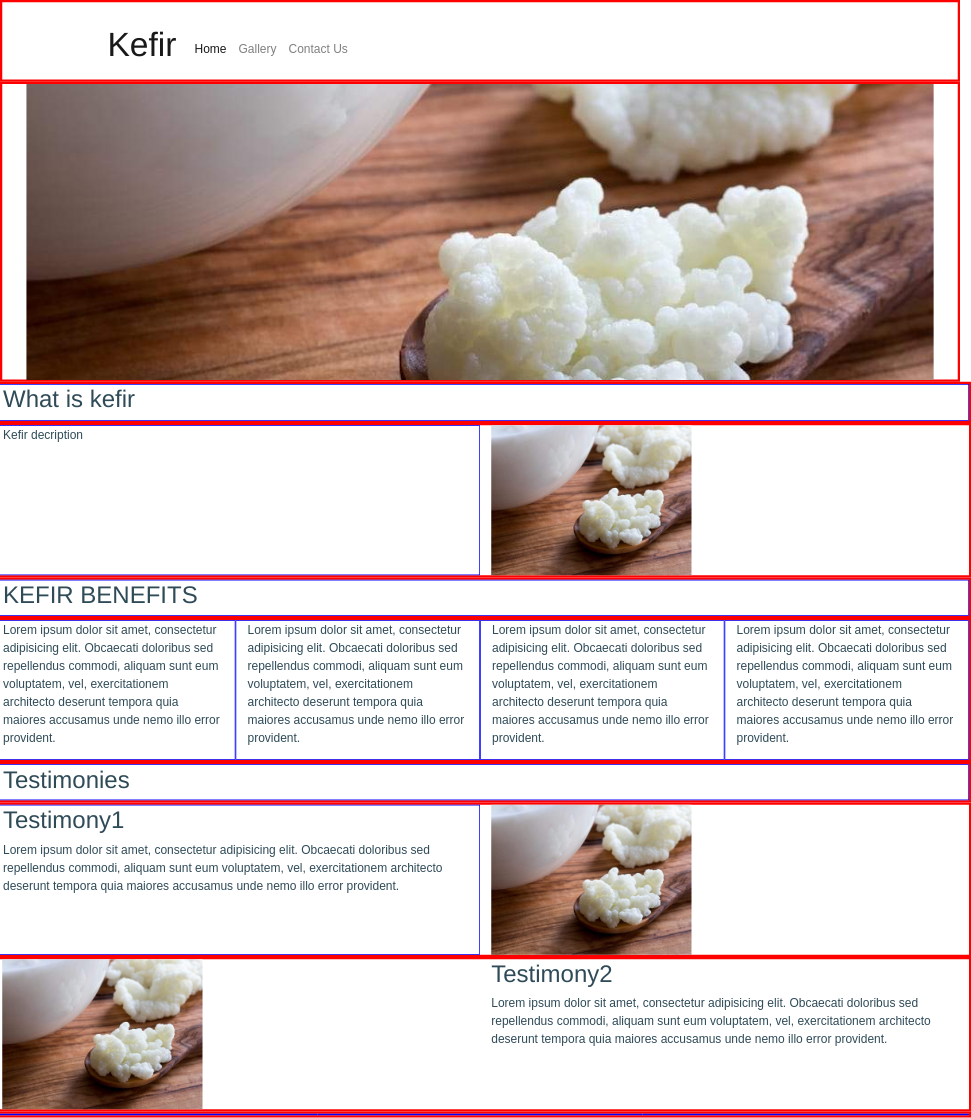
Repository: andna5980/kefir-web
Page: src/index.html
The author's editor kept a copy of each file at every save. The page is drawn from the files as they stood at one save, then again after the next save.
The browser window is 1280 px wide. The page is 1295 px wide, so the pictures cover 1295 px, including what lies to the right of the window. The pictures show the whole page, at 75% of full size.
Some web fonts or font styles are not loaded; a fallback is used. Some web libraries are served in a nearby version.

Above is the page before, as saved 2021-02-28 12:33:43.

### src/index.html
<!DOCTYPE html>
<html lang="en-US">

<head>
  <meta charset="UTF-8">
  <meta name="viewport" content="width=device-width, initial-scale=1.0">
  <meta name="author" content="Andres Navarrete">
  <meta name="description"
    content="Kefir, meet the power of nature. Bring the right knowledge and the best recipes from mother nature">
  <meta name="keywords" content="Kefir, recipes, natural-products, home-made, organic, healthy">
  <title>KEFIR | MEET THE POWER OF NATURE</title>
  <link rel="stylesheet" href="https://cdn.jsdelivr.net/npm/bootstrap@4.5.3/dist/css/bootstrap.min.css"
    integrity="sha384-TX8t27EcRE3e/ihU7zmQxVncDAy5uIKz4rEkgIXeMed4M0jlfIDPvg6uqKI2xXr2" crossorigin="anonymous">
  <link rel="stylesheet" href="https://use.fontawesome.com/releases/v5.6.3/css/all.css"
    integrity="sha384-UHRtZLI+pbxtHCWp1t77Bi1L4ZtiqrqD80Kn4Z8NTSRyMA2Fd33n5dQ8lWUE00s/" crossorigin="anonymous">
  <link href="../src/assets/styles/style.css" rel="stylesheet">
</head>

<body>
  <!--------------------Main-Header-------------------------------------->
  <header>
    <nav class="test-red navbar navbar-expand-md navbar-light">
      <a class="navbar-brand" href="#">Kefir</a>
      <button class="navbar-toggler" type="button" data-toggle="collapse" data-target="#navbarNav"
        aria-controls="navbarNav" aria-expanded="false" aria-label="Toggle navigation">
        <span class="navbar-toggler-icon"></span>
      </button>
      <div class="collapse navbar-collapse" id="navbarNav">
        <ul class="navbar-nav">
          <li class="nav-item active">
            <a class="nav-link" href="#">Home <span class="sr-only">(current)</span></a>
          </li>
          <li class="nav-item">
            <a class="nav-link" href="#">Gallery</a>
          </li>
          <li class="nav-item">
            <a class="nav-link" href="#">Contact Us</a>
          </li>

        </ul>
      </div>
    </nav>
  </header>

  <!--------------------Hero-mage-------------------------------------->

  <div class="test-red container-hero">
    <div class="hero-image col-12"></div>
  </div>


  <!--------------------What-is-kefir-------------------------------------->

  <section>
    <div class=" test-red row">
      <div class=" test-blue col-12">
        <h2>What is kefir</h2>
      </div>
    </div>

    <div class=" test-red row">
      <div class="test-blue col-6">
        <p> Kefir decription</p>
      </div>

      <div class="col-6">
        <img src="../src/assets/images/milk-kefir-grains-spoon_1024x1024.jpg" alt="kefir-products" height="200">
      </div>
    </div>

  </section>


  <!--------------------Kefir-benefits-------------------------------------->

  <section>
    <div class="test-red row">
      <div class=" test-blue col-12">
        <h2> KEFIR BENEFITS </h2>
      </div>
    </div>

    <div class=" test-red row">
      <div class="test-blue col-3">
        <p>Lorem ipsum dolor sit amet, consectetur adipisicing elit. Obcaecati doloribus sed repellendus commodi,
          aliquam sunt eum voluptatem, vel, exercitationem architecto deserunt tempora quia maiores accusamus
          unde nemo illo error provident.</p>
      </div>
      <div class="test-blue col-3">
        <p>Lorem ipsum dolor sit amet, consectetur adipisicing elit. Obcaecati doloribus sed repellendus commodi,
          aliquam sunt eum voluptatem, vel, exercitationem architecto deserunt tempora quia maiores accusamus
          unde nemo illo error provident.</p>
      </div>
      <div class="test-blue col-3">
        <p>Lorem ipsum dolor sit amet, consectetur adipisicing elit. Obcaecati doloribus sed repellendus commodi,
          aliquam sunt eum voluptatem, vel, exercitationem architecto deserunt tempora quia maiores accusamus
          unde nemo illo error provident.</p>
      </div>
      <div class="test-blue col-3">
        <p>Lorem ipsum dolor sit amet, consectetur adipisicing elit. Obcaecati doloribus sed repellendus commodi,
          aliquam sunt eum voluptatem, vel, exercitationem architecto deserunt tempora quia maiores accusamus
          unde nemo illo error provident.</p>
      </div>
    </div>
  </section>

  <!--------------------Testimonies header-------------------------------------->

  <section>
    <div class=" test-red row">
      <div class=" test-blue col-12">
        <h2>Testimonies</h2>
      </div>
    </div>

    <div class=" test-red row">
      <div class="test-blue col-6">
        <h2>Testimony1</h2>
        <p>Lorem ipsum dolor sit amet, consectetur adipisicing elit. Obcaecati doloribus sed repellendus commodi,
          aliquam sunt eum voluptatem, vel, exercitationem architecto deserunt tempora quia maiores accusamus
          unde nemo illo error provident.</p>
      </div>

      <div class="col-6">
        <img src="../src/assets/images/milk-kefir-grains-spoon_1024x1024.jpg" alt="kefir-products" height="200">
      </div>
    </div>

    <div class="test-red row">
      <div class="col-6">
        <img src="../src/assets/images/milk-kefir-grains-spoon_1024x1024.jpg" alt="kefir-products" height="200">
      </div>
      <div class="col-6">
        <h2>Testimony2</h2>
        <p>Lorem ipsum dolor sit amet, consectetur adipisicing elit. Obcaecati doloribus sed repellendus commodi,
          aliquam sunt eum voluptatem, vel, exercitationem architecto deserunt tempora quia maiores accusamus
          unde nemo illo error provident.</p>
      </div>
    </div>
  </section>

</body>
<footer>
  <div class="test-red row">
    <div class="test-blue col-4"></div>
    <div class="test-blue col-4"></div>
    <div class="test-blue col-4"></div>
  </div>
</footer>










<script src="https://code.jquery.com/jquery-3.2.1.slim.min.js"
  integrity="sha384-KJ3o2DKtIkvYIK3UENzmM7KCkRr/rE9/Qpg6aAZGJwFDMVNA/GpGFF93hXpG5KkN" crossorigin="anonymous"></script>
<script src="https://cdnjs.cloudflare.com/ajax/libs/popper.js/1.12.9/umd/popper.min.js"
  integrity="sha384-ApNbgh9B+Y1QKtv3Rn7W3mgPxhU9K/ScQsAP7hUibX39j7fakFPskvXusvfa0b4Q" crossorigin="anonymous"></script>
<script src="https://maxcdn.bootstrapcdn.com/bootstrap/4.0.0/js/bootstrap.min.js"
  integrity="sha384-JZR6Spejh4U02d8jOt6vLEHfe/JQGiRRSQQxSfFWpi1MquVdAyjUar5+76PVCmYl" crossorigin="anonymous"></script>

</html>

### src/assets/styles/style.css
@import url('https://fonts.googleapis.com/css2?family=Amatic+SC&family=Caveat+Brush&display=swap');

.container {
    margin: 15px;
}


body {
    font-family: Arial, Helvetica, sans-serif;
    color: #2F4B58;
    max-width: 1500px;
}

h2 {
    font-family:  Caveat Brush, Helvetica, sans-serif;
    color: #2F4B58;
}


/*----------------------BORDER ROWS AND COLUMNS----------*/

.test-red {
    border: 3px solid red
}

.test-blue {
    border:1px solid blue
}









/*-----------------------Header ----------*/

.navbar-brand {
    float: left;
    color: #2F4B58;
    font-family:  Caveat Brush, Helvetica, sans-serif;
    font-size: 280%;
    margin-left: 10%;
    margin-top: 10px;
}

.navbar-nav {
    float: right;
}

.navbar-nav li a{
    margin-top: 20px;
    color: #2F4B58;
}


.navbar-toggler {
    border: 2px solid #2F4B58;
    color: #2F4B58;
}

/*
.navbar-toggler.icon{

}
*/





.menu a {
    text-decoration: none;
    color: #2F4B58;
}

.menu  {
list-style-type: none;
margin-right: 5%;
margin-top: 30px; /* CHAPUZA  */
word-spacing: 5px;
}

.menu ul {
    float:right;
    margin-left: 10px;
}

.menu li {
    list-style-type: none;
    display: inline-flex;
}


/*-----------------------Hero-image ----------*/

.container-hero {
    height: 400px;
    overflow: hidden;
}

.hero-image {
    height: 400px;
    width: 100%;
    background: url(../images/milk-kefir-grains-spoon_1024x1024.jpg) no-repeat center;
    animation-name: hero-zoom;
    animation-duration: 4s;
    animation-fill-mode: forwards;
}

/*------Animation of the Hero image-------*/

@keyframes hero-zoom {
    from{
        transform: scale(1);
    }
    to{
        transform: scale(1.2);
    }
}

/*-----------------------What-is-kefir-are----------*/

After the next save:
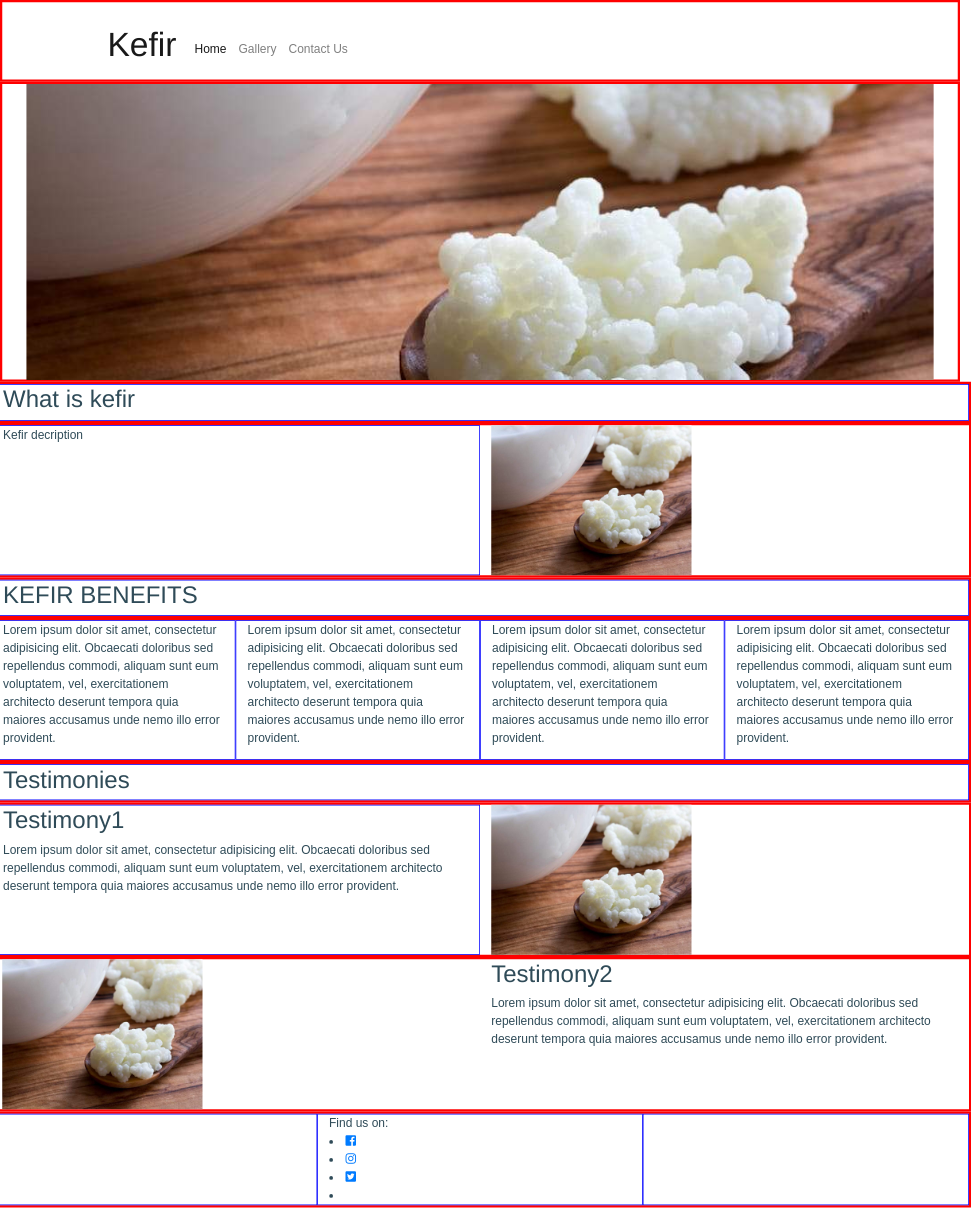
Saved 66 s later.
--- a/src/index.html
+++ b/src/index.html
@@ -143,7 +143,15 @@
 <footer>
   <div class="test-red row">
     <div class="test-blue col-4"></div>
-    <div class="test-blue col-4"></div>
+    <div class="test-blue col-4">
+      <span>Find us on:</span>
+            <li><a href="http://facebook.com" target="_blank"><i class="fab fa-facebook-square"></i></a></li>
+
+            <li><a href="http://instagram.com" target="_blank"><i class="fab fa-instagram"></i></a></li>
+
+            <li><a href="http://twitter.com" target="_blank"><i class="fab fa-twitter-square"></i></a>
+            <li>
+    </div>
     <div class="test-blue col-4"></div>
   </div>
 </footer>
